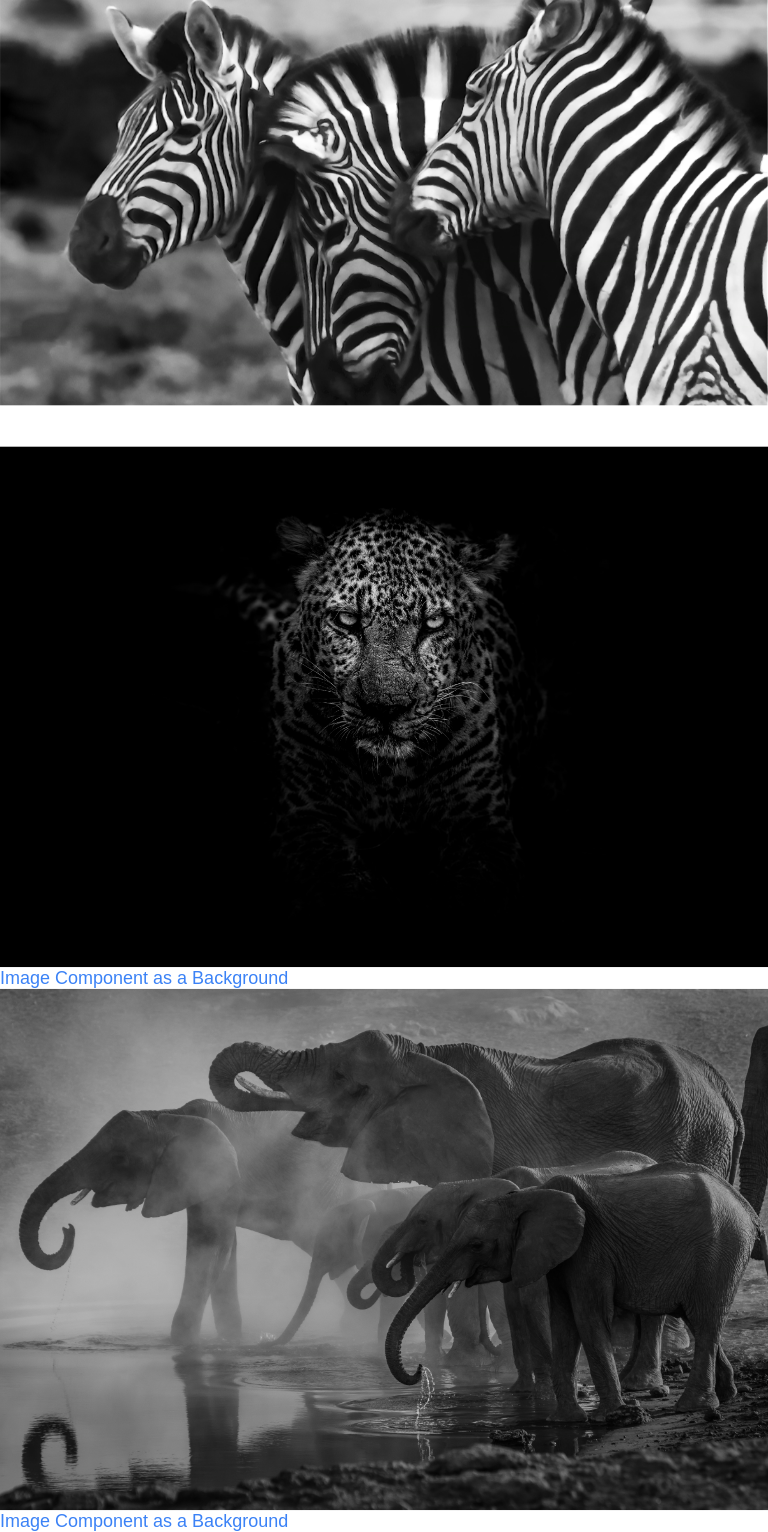
Repository: BrightonMboya/ggv-landingPage
Page: /
These files come from the project's save history. The page is drawn as it stood at one moment and after the next save; the edit follows.
The browser window is 1280 px wide. The pictures show the whole page, at 60% of full size.
The project was rebuilt for these pictures with package versions that can differ from the ones it lists, and the page was loaded fresh each time. The framework's server and built-in components were replaced by stand-ins that run in the browser. Also part of the build but not shown: next.config.js.

Above is the page before, as saved 2022-06-13 20:41:14.

### pages/index.js
import React from "react";
import styles from "../styles/Home.module.css";
import HomePage from "./HomePage";
import AboutUs from "./AboutUs";
import Contactus from "./Contactus";

// const index = () => {
//   return (
//     <React.Fragment>
//       <div className={`${styles.global} ${styles.container}`}>
//         <section className={`${styles.section}`}>
//           <HomePage />
//         </section>
//         <section className={`${styles.section}`}>
//           <AboutUs />
//         </section>
//         <section className={`${styles.section} ${styles.three}`}>
//           <Contactus />
//         </section>
//       </div>
//     </React.Fragment>
//   );
// };

const index = () => {
  return (
    <React.Fragment>
      <div className={styles.global}>
        <div className={styles.container}>
          <section className={styles.section}>
            <HomePage />
          </section>
          <section className={styles.section}>
            <AboutUs />
          </section>
          <section className={styles.section}>
            <Contactus />
          </section>
        </div>
      </div>
    </React.Fragment>
  );
};

export default index;

### styles/Home.module.css
.global {
  margin: 0;
  padding: 0;
  box-sizing: border-box;
  font-family: sans-serif;
  /* border: 2px solid yellow; */
}
.section {
  /* height: 100vh; */
  display: flex;
  justify-content: center;
  align-items: center;
  scroll-snap-align: start;
}

.container {
  scroll-snap-type: y mandatory;
  overflow-y: scroll;
  /* height: 100vh; */
  /* border: 2px solid red; */
}

.bgWrap {
  /* position: fixed; */
  /* height: 100vh; */
  /* min-height: 80vh; */
  width: 100vw;
  overflow: hidden;
  z-index: -1;
  background-size: cover;
  -webkit-background-size: cover;
  -moz-background-size: cover;
  -moz-background-size: cover;
  background: center no-repeat;
}

.bg {
  max-width: 100%;
  position: relative;
}

.content {
  display: inline-block;
}

/* @media and (max-width: 480px) {
} */

### pages/HomePage.js
import React from "react";
import styles from "../styles/Home.module.css";
import Image from "next/image";

const HomePage = () => {
  return (
    <div className="">
      <div className={`${styles.bgWrap} ${styles.bg}`}>
        <Image
          src="/home.jpg"
          layout="responsive"
          width={900}
          height={475}
          objectFit="cover"
          quality={100}
        />

        <div className={styles.content}>
          <h2 className="text-white text-4xl text-center">Global Green Visa</h2>
          <p className="text-white text-xl text-center">
            Welcome to Global Green Visa, a gateway to environmental tourism
          </p>
        </div>
      </div>
    </div>
  );
};

export default HomePage;

// className="absolute lg:top-[50%] top-[6%]"
// className="lg:justify-center lg:items-center sm:h-0 lg:flex lg:h-[100vh]"

### pages/AboutUs.js
import Image from "next/image";
import styles from "../styles/Home.module.css";
// import home from "./assets/home.jpg";

const AboutUs = () => {
  return (
    <div>
      <div className={styles.bgWrap}>
        <Image
          src="/about.jpg"
          layout="responsive"
          // objectFit="cover"
          quality={100}
          width={700}
          height={475}
        />
      </div>
      <p className="text-blue-500 text-3xl">Image Component as a Background</p>
    </div>
  );
};

export default AboutUs;

### pages/Contactus.js
import React from "react";
import Image from "next/image";
import styles from "../styles/Home.module.css";

const Contactus = () => {
  return (
    <div>
      <div className={styles.bgWrap}>
        <Image
          src="/contact.jpg"
          layout="responsive"
          objectFit="cover"
          quality={100}
          width={700}
          height={475}
        />
      </div>
      <p className="text-blue-500 text-3xl">Image Component as a Background</p>
    </div>
  );
};

export default Contactus;

### tailwind.config.js
module.exports = {
  content: [
    "./pages/**/*.{js,ts,jsx,tsx}",
    "./components/**/*.{js,ts,jsx,tsx}"
  ],
  theme: {
    extend: {
      colors: {
        black: "#000107",
        slate: "#E3F1EF"
      }
    }
  },
  plugins: []
};

Loaded but not shown: pages/_app.js (common file); styles/globals.css (common file)

After the next save:
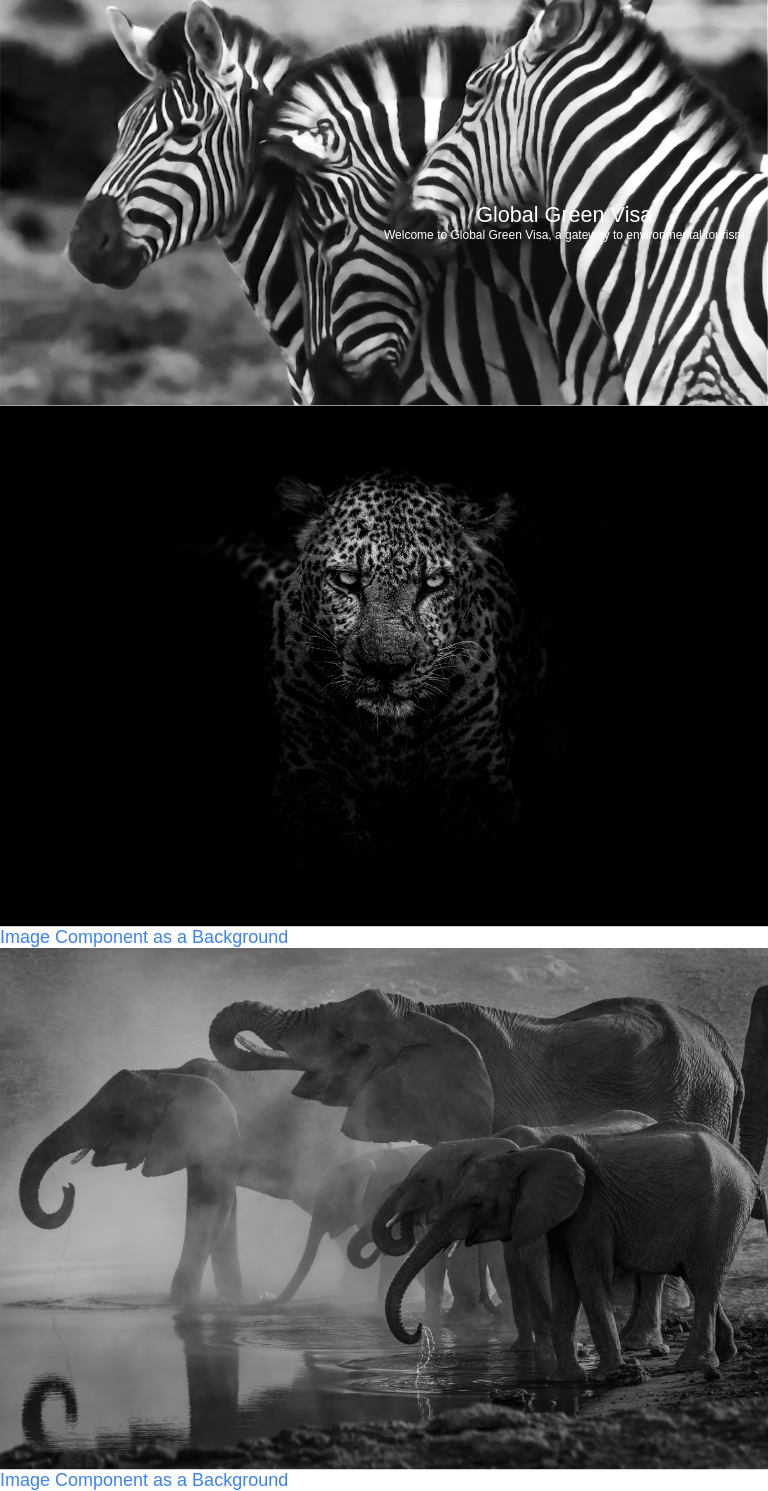
Saved 108 s later.
--- a/styles/Home.module.css
+++ b/styles/Home.module.css
@@ -41,6 +41,9 @@
 
 .content {
   display: inline-block;
+  position: absolute;
+  left: 50%;
+  top: 50%;
 }
 
 /* @media and (max-width: 480px) {
